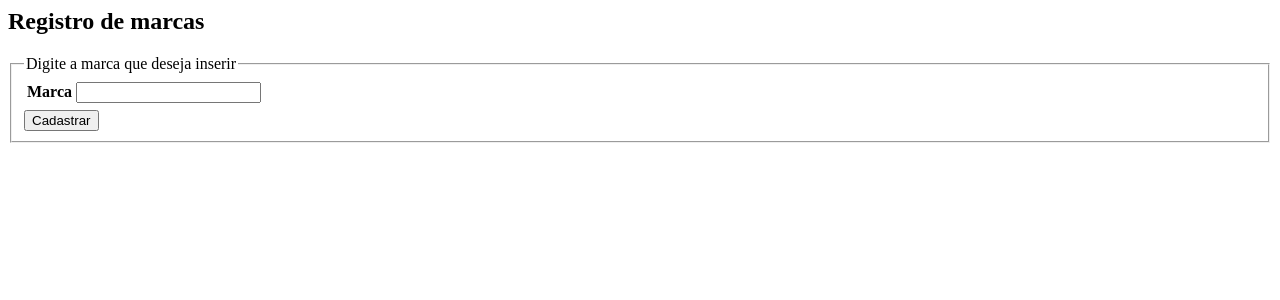
Repository: alysonrode/ProjetoTrilhaWeb
Page: ProjetoTrilhaWeb/WebContent/pages/admin/brands/index.html
The author's editor kept a copy of each file at every save. The page is drawn from the files as they stood at one save, then again after the next save.
The browser window is 1280 px wide. The pictures show the whole page.

Above is the page before, as saved 2019-10-30 00:55:12.

### ProjetoTrilhaWeb/WebContent/pages/admin/brands/index.html
<h2>Registro de marcas</h2>
<form name="frmInserirMarcas" id="inserirMarcas" class="frmInserir">
  <fieldset>
  	<table>

        <legend>Digite a marca que deseja inserir</legend>
			<tr>
            <th> Marca </th>
            <td>
                <input type="text" name="marca">
            </td>
            </tr>
            <tr>
            <td>

            </td>
            </tr>
  	</table>
	            	<button type="button"> Cadastrar </button>
 </fieldset>

</form>

After the next save:
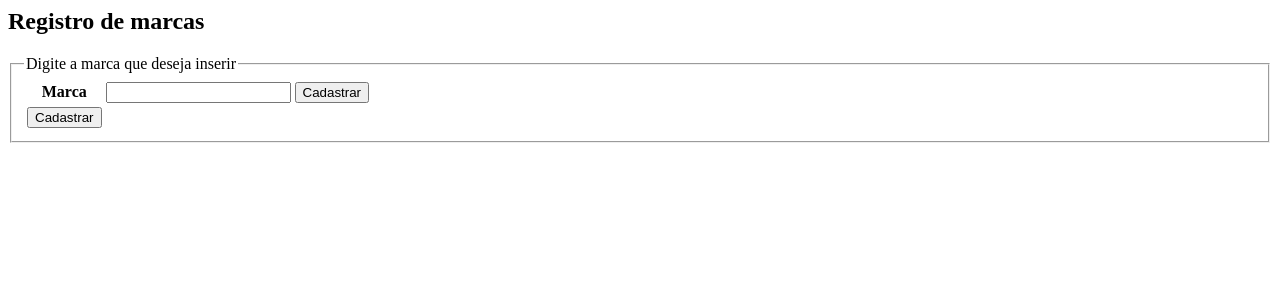
Saved 29 s later.
--- a/ProjetoTrilhaWeb/WebContent/pages/admin/brands/index.html
+++ b/ProjetoTrilhaWeb/WebContent/pages/admin/brands/index.html
@@ -9,14 +9,16 @@
             <td>
                 <input type="text" name="marca">
             </td>
+            <td>
+            	<button type="button"> Cadastrar </button>
+            </td>
             </tr>
             <tr>
             <td>
-
+            	<button type="button"> Cadastrar </button>
             </td>
             </tr>
   	</table>
-	            	<button type="button"> Cadastrar </button>
  </fieldset>
 
 </form>
